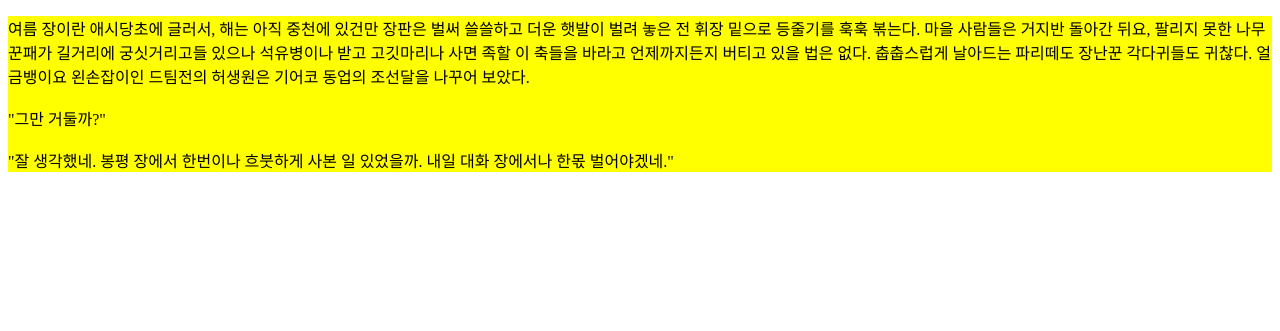
Repository: jeemaru/htme_01
Page: css_02/ex_02.html
The author's editor kept a copy of each file at every save. The page is drawn from the files as they stood at one save, then again after the next save.
The browser window is 1280 px wide. The pictures show the whole page.

Above is the page before, as saved 2022-04-07 02:09:54.

### css_02/ex_02.html
<!DOCTYPE html>

<html lang="ko"> <!-- 한국어문서만 검색할때, 음성으로 할때 한국어 음성지원 -->
    <head>
        <meta charset="UTF-8"> <!-- 브라우저가 문서를 해석할때 필요한 정보 -->
        <title>스타일시트</title>
		<!-- 스타일시트자리 -->
		<style>
			.box {background-color: #ffff00;}

		</style>

    </head>

    <body>


			<p class="box">여름 장이란 애시당초에 글러서, 해는 아직 중천에 있건만 장판은 벌써 쓸쓸하고 더운 햇발이 벌려 놓은
               전 휘장 밑으로 등줄기를 훅훅 볶는다. 마을 사람들은 거지반 돌아간 뒤요, 팔리지 못한 나무꾼패가 길거리에
               궁싯거리고들 있으나 석유병이나 받고 고깃마리나 사면 족할 이 축들을 바라고 언제까지든지 버티고 있을 법은 없다.
               춥춥스럽게 날아드는 파리떼도 장난꾼 각다귀들도 귀찮다. 얼금뱅이요 왼손잡이인 드팀전의 허생원은 기어코 동업의
               조선달을 나꾸어 보았다.<br>
               <br>
               "그만 거둘까?"<br>
               <br>
               "잘 생각했네. 봉평 장에서 한번이나 흐붓하게 사본 일 있었을까.
               내일 대화 장에서나 한몫 벌어야겠네."<br>
           </p>


    </body>

</html>

After the next save:
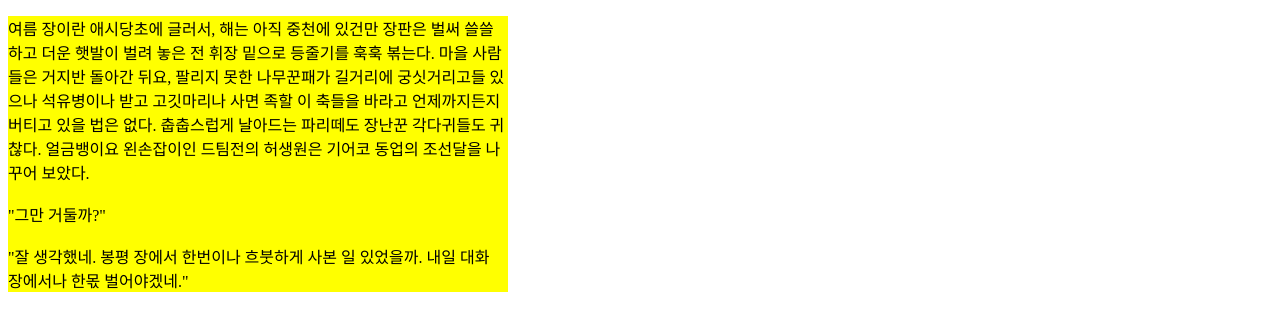
Saved 17 s later.
--- a/css_02/ex_02.html
+++ b/css_02/ex_02.html
@@ -6,7 +6,8 @@
         <title>스타일시트</title>
 		<!-- 스타일시트자리 -->
 		<style>
-			.box {background-color: #ffff00;}
+			.box {background-color: #ffff00;
+				  width: 500px;}
 
 		</style>
 
